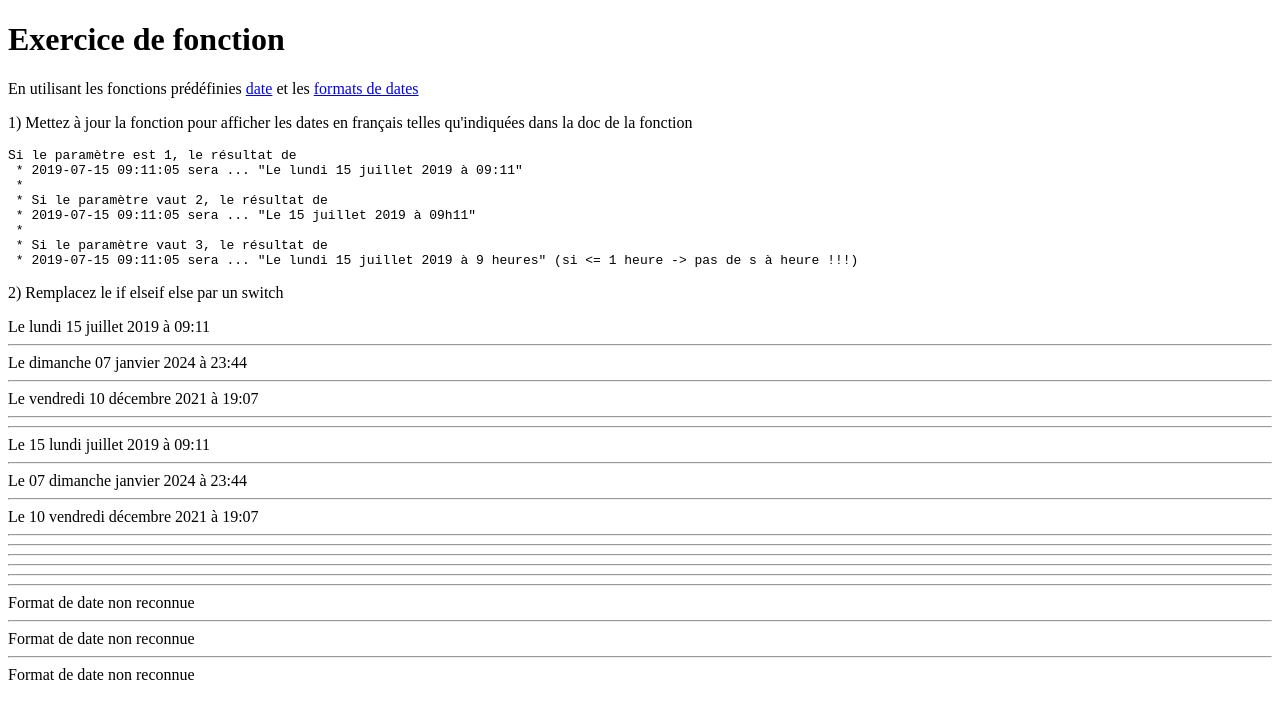
Repository: WebDevCF2m2021/base-php-2021
Page: http://localhost/20-dates-en-francais.php
An editor plug-in stored every save of this project. The page is shown before and after the next save, followed by the edit.
The browser window is 1280 px wide. The pictures show the whole page.
The page is run by PHP 8.4 with error messages shown; the project is at /var/www/html/.

Above is the page before, as saved 2021-09-20 18:24:26.

After the next save:
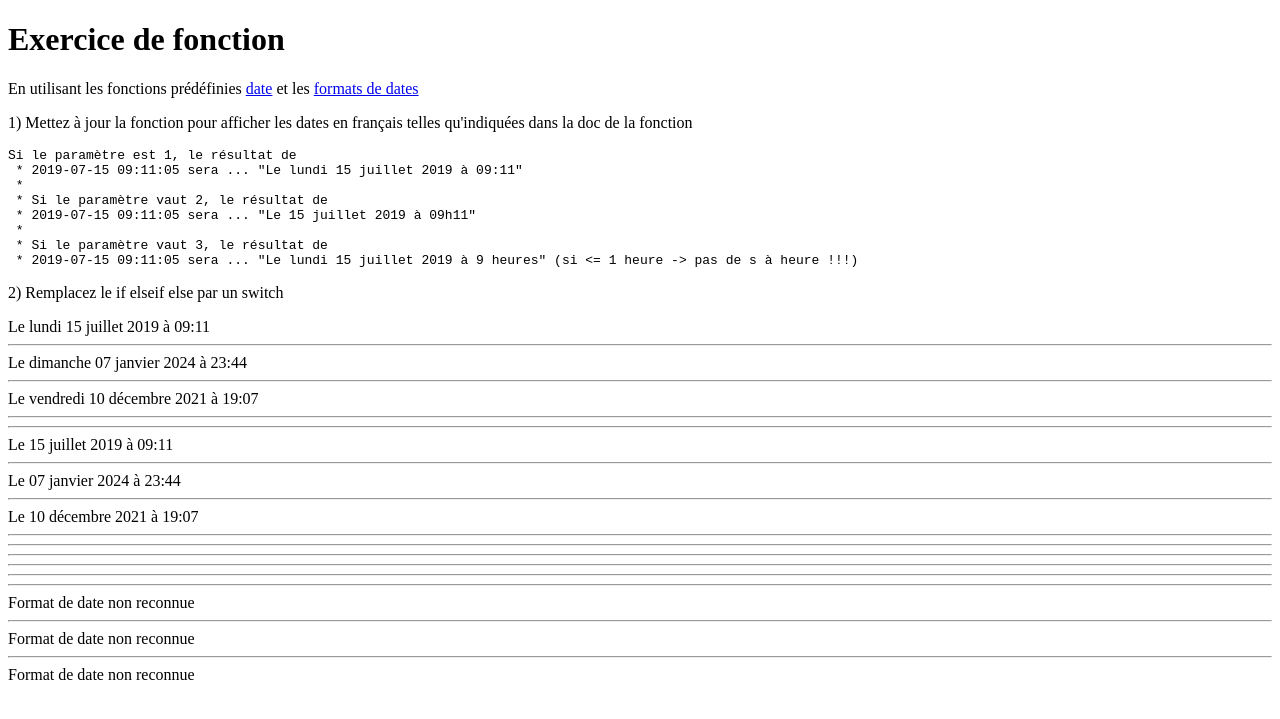
Saved 9 s later.
--- a/20-dates-en-francais.php
+++ b/20-dates-en-francais.php
@@ -40,7 +40,6 @@ function frenchDate($date,$format=1){
     }elseif($format===2){
         $out.="Le "
         .date("d",$date)." " // chiffre du jour
-        .$joursTab[date("w",$date)]." " // jour de la semaine en français
         .$moisTab[date("n",$date)]." " // mois en français
         .date("Y à H:i",$date); // année / heures / minutes
     }elseif($format===3){
